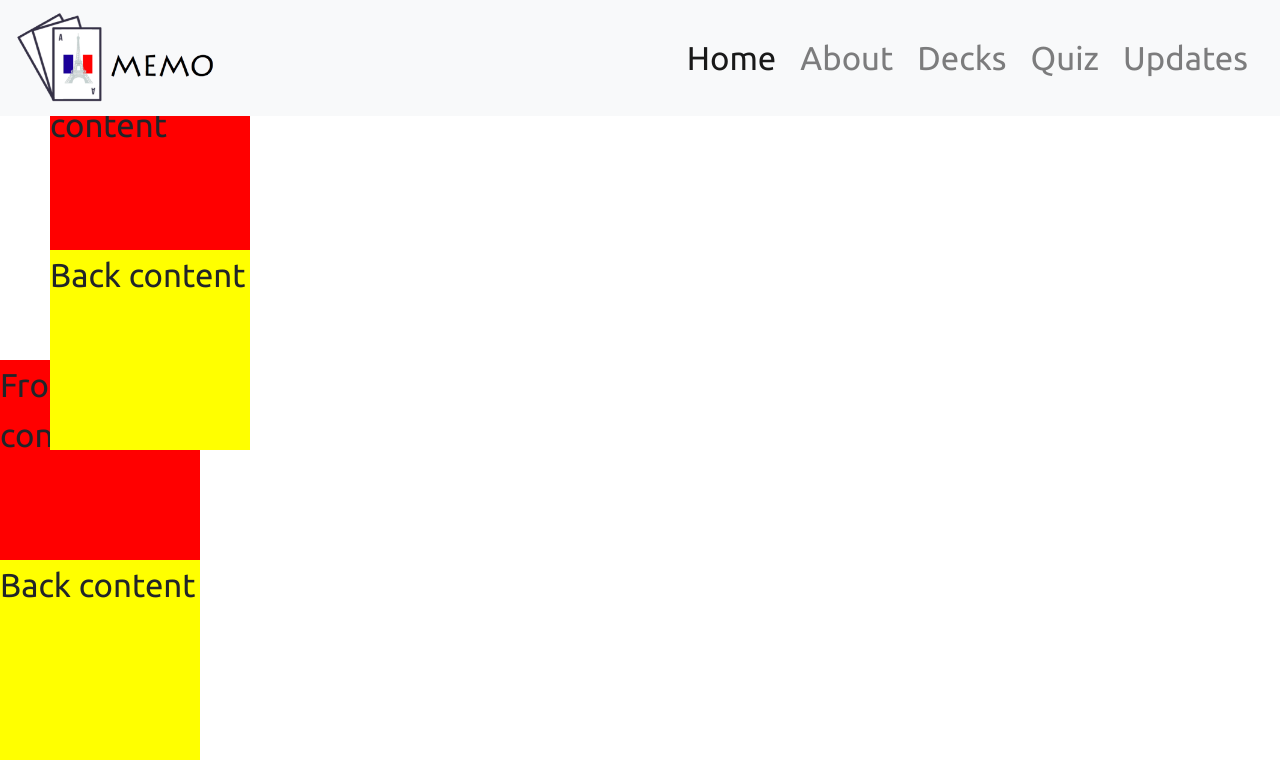
Repository: farahroslend/memofrancais
Page: flashcards.html
The author's editor kept a record of every edit. The page is drawn from the files as they stood at one moment, then again after the next edit.
The browser window is 1280 px wide. The pictures show the whole page.
Some web libraries are served in a nearby version.

Above is the page before.

After the next edit:
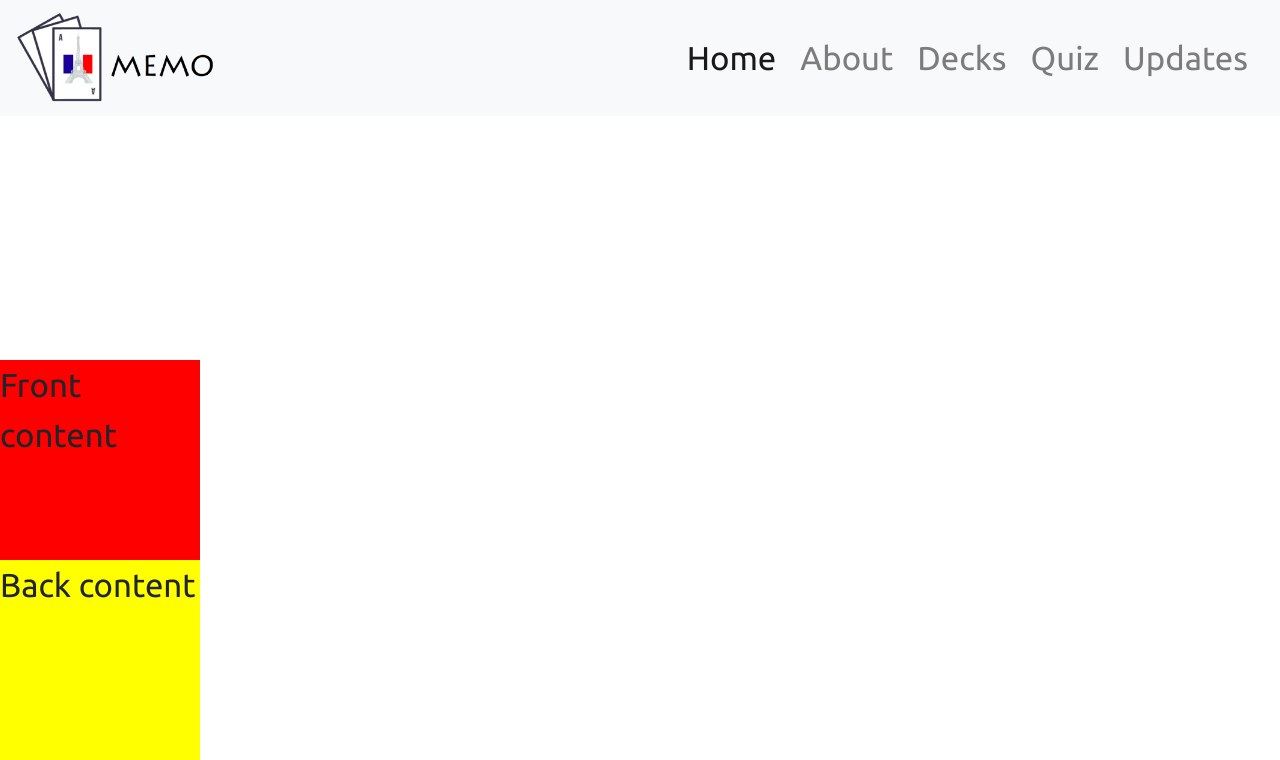
The edit:
--- a/flashcards.html
+++ b/flashcards.html
@@ -49,23 +49,6 @@
         </div>
     </div>
 
-    <div id="card">
-        <div class="front">
-            Front content
-        </div>
-        <div class="back">
-            Back content
-        </div>
-    </div>
-
-    <div id="card">
-        <div class="front">
-            Front content
-        </div>
-        <div class="back">
-            Back content
-        </div>
-    </div>
 
 
 
